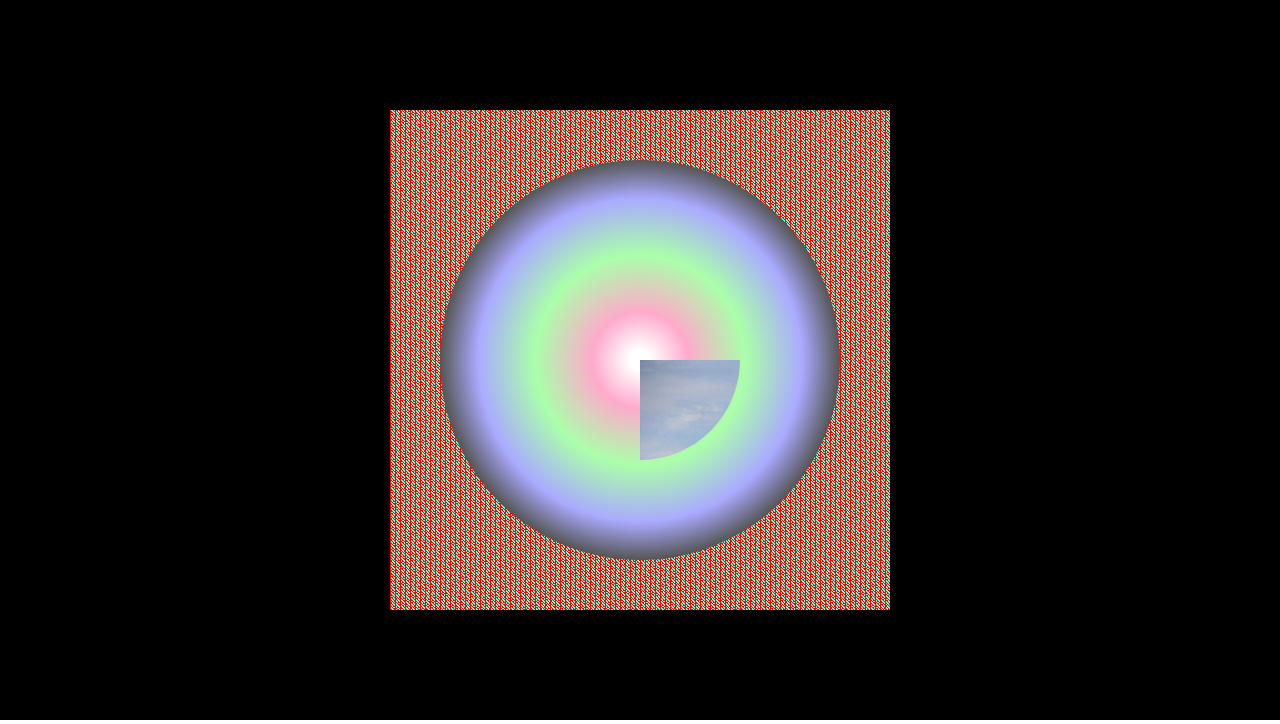
Repository: tourn171/canvasBlogAssets
Page: Chapter1/Chapter1 Ex/EX3/ex3.html
The author's editor kept a record of every edit. The page is drawn from the files as they stood at one moment, then again after the next edit.
The browser window is 1280 px wide. The pictures show the whole page.

Above is the page before.

### Chapter1/Chapter1 Ex/EX3/ex3.html
<!DOCTYPE html>
<html>
    <head>
        <link rel="stylesheet" href="../ex.css" type="text/css" />
    </head>
    <body>
        <canvas id="canvas">No Canvas Support. Get a modern browser try this one: <a href="https://www.mozilla.org/en-US/firefox/new/">Mozilla Firefox</a></canvas>
        <script type="text/javascript" src="ex3.js"></script>
    </body>
</html>

### Chapter1/Chapter1 Ex/EX3/ex3.js
var canvas = document.getElementById('canvas').getContext('2d');

var W = window.innerWidth,
    H = window.innerHeight;



canvas.canvas.width = W;
canvas.canvas.height = H;

canvas.fillStyle = "black";
canvas.fillRect(0,0,W,H);





var img1 = canvas.createImageData(500,500);

for(i=0; i<img1.data.length;i+=4){
    if(i % 6 == 0 || i % 10 == 0 || i % 7 == 0){
        img1.data[i] = 255;
        img1.data[i+3] = 255;
    }
    else{
        img1.data[i] = 117;
        img1.data[i+1] = 250;
        img1.data[i+2] = 214;
        img1.data[i+3] = 255;
    }
}

canvas.putImageData(img1,W/2 - 250, H/2 - 250);




var grad = canvas.createRadialGradient(W/2,H/2,10,W/2,H/2,200);
grad.addColorStop(0, "#FFF");
grad.addColorStop(0.2, "#FAC");
grad.addColorStop(0.5, "#AFA");
grad.addColorStop(0.8, "#AAF");
grad.addColorStop(1, "#555");

canvas.fillStyle = grad;

canvas.beginPath();
canvas.arc(W/2,H/2,200,0, 2 * Math.PI);
canvas.fill();

canvas.save();
canvas.beginPath();
canvas.arc(W/2, H/2, 100, 0, 2 * Math.PI);
canvas.clip();




var img2 = new Image();

img2.src = "../images/postasset/Point-of-ayre-small-lighthouse.jpg";

offsetx = img2.width / 2;
offsety = img2.height / 2;

img2.onload = function(){
    canvas.drawImage(img2, W/2 - offsetx, H/2 - offsety);
};

Loaded but not shown: Chapter1/Chapter1 Ex/ex.css (common file)

After the next edit:
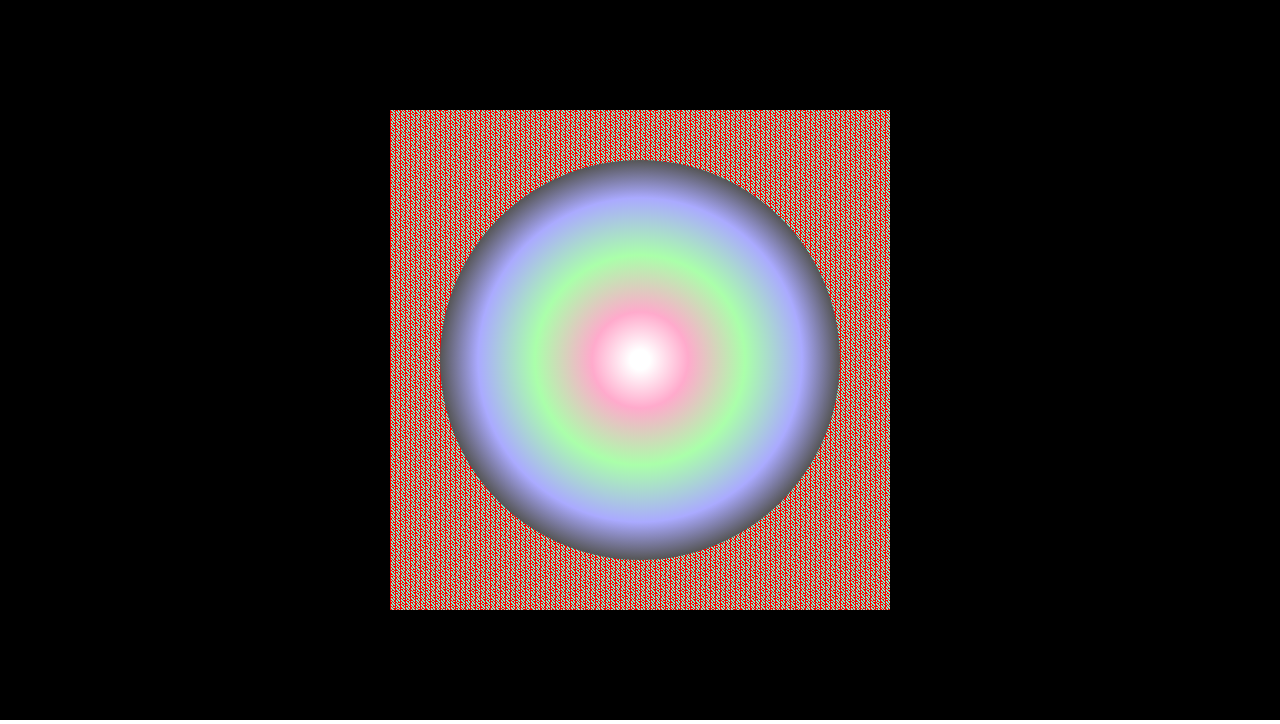
The edit:
--- a/Chapter1/Chapter1 Ex/EX3/ex3.js
+++ b/Chapter1/Chapter1 Ex/EX3/ex3.js
@@ -59,10 +59,3 @@
 var img2 = new Image();
 
 img2.src = "../images/postasset/Point-of-ayre-small-lighthouse.jpg";
-
-offsetx = img2.width / 2;
-offsety = img2.height / 2;
-
-img2.onload = function(){
-    canvas.drawImage(img2, W/2 - offsetx, H/2 - offsety);
-};

After the edit that followed:
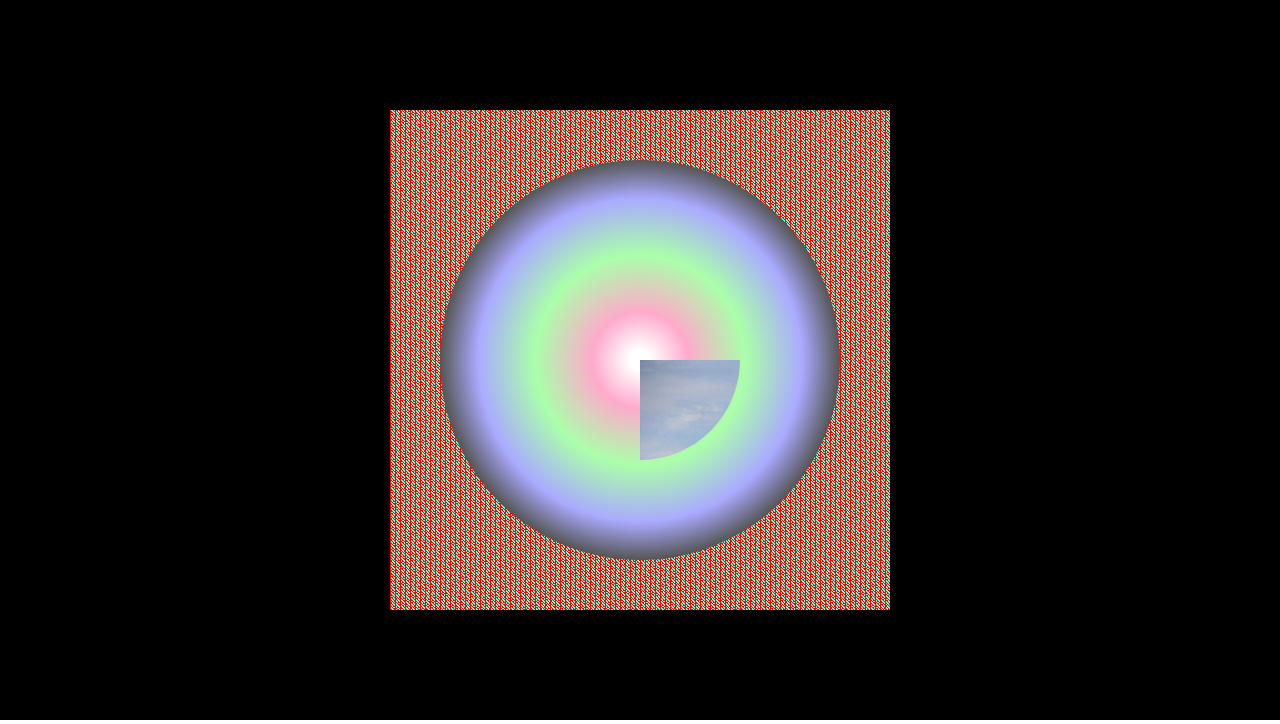
The edit:
--- a/Chapter1/Chapter1 Ex/EX3/ex3.js
+++ b/Chapter1/Chapter1 Ex/EX3/ex3.js
@@ -58,4 +58,11 @@
 
 var img2 = new Image();
 
+var offsetx = img2.width / 2;
+var offsety = img2.height / 2;
+
+img2.onload = function(){
+    canvas.drawImage(img2, W/2 - offsetx, H/2 - offsety);
+};
+
 img2.src = "../images/postasset/Point-of-ayre-small-lighthouse.jpg";
